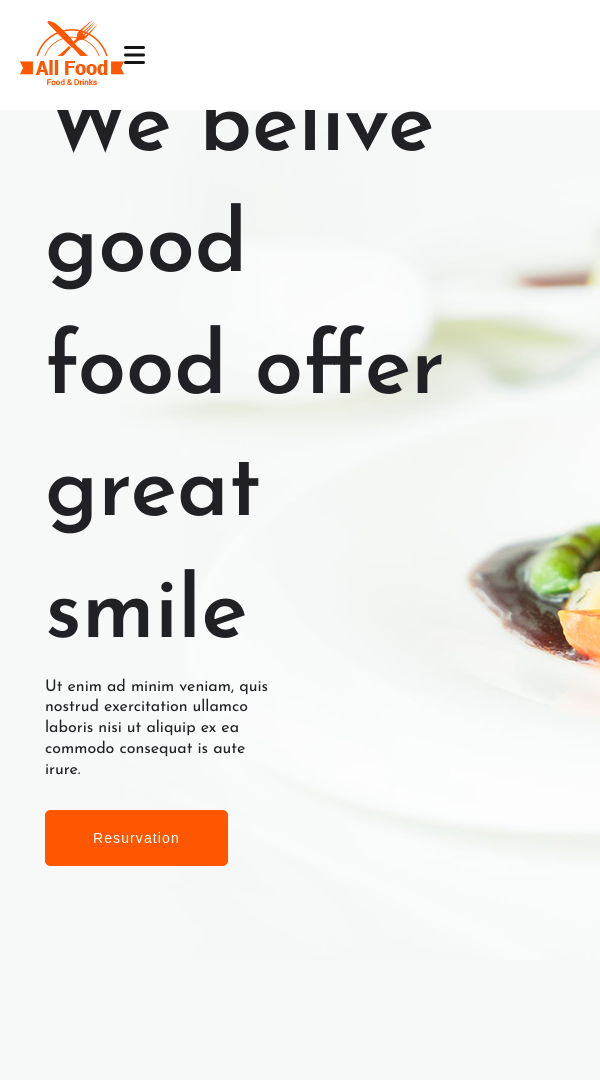
Repository: Ebtehal18/food
Page: index.html
An editor plug-in stored every save of this project. The page is shown before and after the next save, followed by the edit.
The browser window is 600 px wide. The pictures show the whole page.
The first `.header input` is checked.

Above is the page before, as saved 2024-01-17 13:48:53.

After the next save:
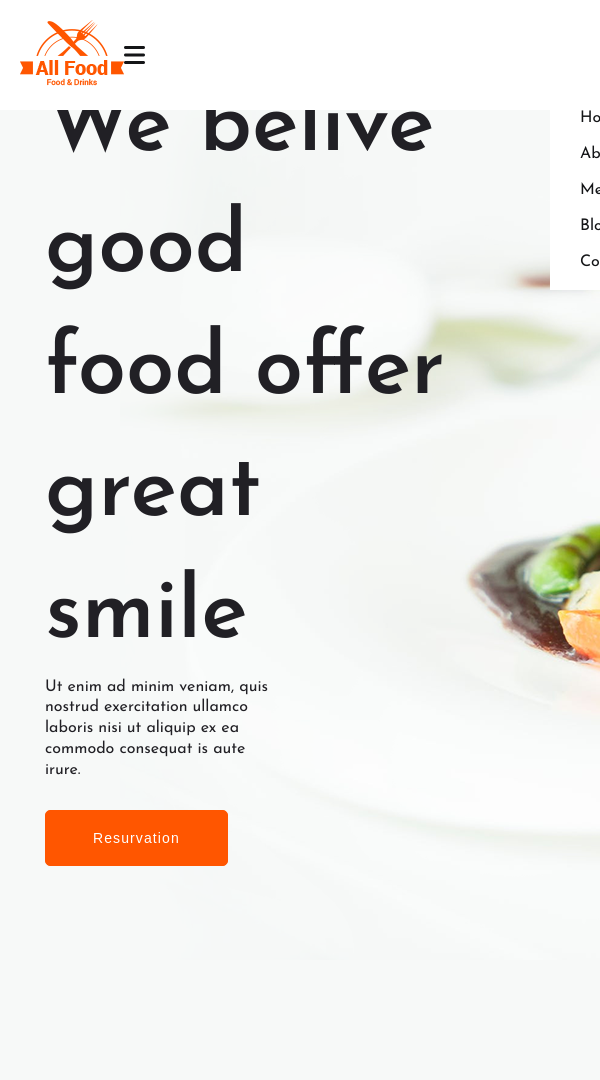
Saved 21 s later.
--- a/asessets/css/style.css
+++ b/asessets/css/style.css
@@ -173,7 +173,7 @@ label {
   .header label i {
     font-size: 24px;
   }
-  .header input:checked .nav-list {
+  .header input:checked + nav .nav-list {
     display: block;
   }
 }
